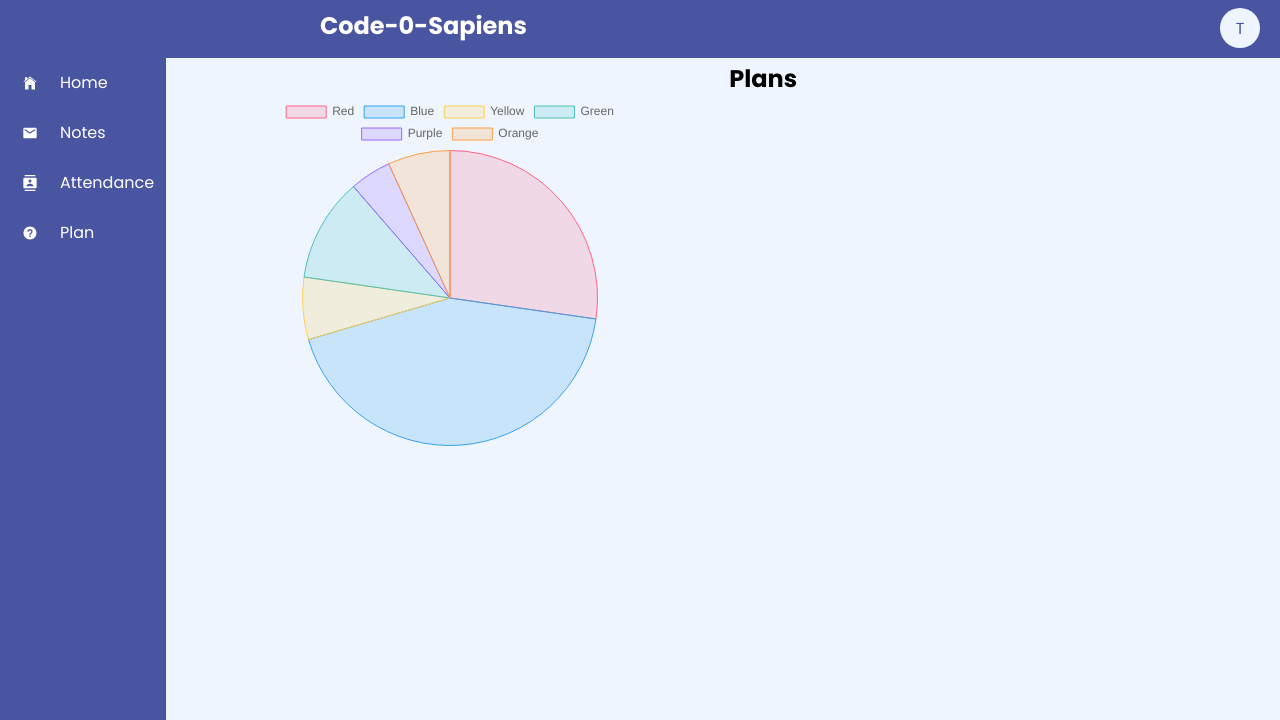
Repository: sinchana-P/code-0-sapiens
Page: /plans (app in client/)
The author's editor kept a copy of each file at every save. The page is drawn from the files as they stood at one save, then again after a run of saves.
The browser window is 1280 px wide. The pictures show the whole page.
The project was rebuilt for these pictures with package versions that can differ from the ones it lists, and the page was loaded fresh each time. Also part of the build but not shown: client/src/components/auth/login/FormLayoutLogin.jsx, client/src/components/auth/login/Login.jsx, client/src/components/auth/register/FormLayoutRegister.jsx, client/src/components/auth/register/Register.jsx, client/src/components/homeScene/Home.jsx, client/src/components/notes/Notes.jsx, client/src/components/attendance/Attendance.jsx, client/src/components/profile/Profile.jsx and 5 more.

Above is the page before, as saved 2024-03-01 07:34:51.

### client/public/index.html
<!DOCTYPE html>
<html lang="en">
  <head>
    <meta charset="utf-8" />
    <link rel="icon" href="%PUBLIC_URL%/favicon.ico" />
    <meta name="viewport" content="width=device-width, initial-scale=1" />
    <meta name="theme-color" content="#000000" />
    <meta
      name="description"
      content="Web site created using create-react-app"
    />
    <link rel="apple-touch-icon" href="%PUBLIC_URL%/logo192.png" />
    <!--
      manifest.json provides metadata used when your web app is installed on a
      user's mobile device or desktop. See https://developers.google.com/web/fundamentals/web-app-manifest/
    -->
    <link rel="manifest" href="%PUBLIC_URL%/manifest.json" />
    <!--
      Notice the use of %PUBLIC_URL% in the tags above.
      It will be replaced with the URL of the `public` folder during the build.
      Only files inside the `public` folder can be referenced from the HTML.

      Unlike "/favicon.ico" or "favicon.ico", "%PUBLIC_URL%/favicon.ico" will
      work correctly both with client-side routing and a non-root public URL.
      Learn how to configure a non-root public URL by running `npm run build`.
    -->
    <link rel="preconnect" href="https://fonts.googleapis.com">
<link rel="preconnect" href="https://fonts.gstatic.com" crossorigin>
<link href="https://fonts.googleapis.com/css2?family=Poppins:ital,wght@0,100;0,200;0,300;0,400;0,500;0,600;0,700;0,800;0,900;1,100;1,200;1,300;1,400;1,500;1,600;1,700;1,800;1,900&display=swap" rel="stylesheet">
    <title>Code-0-Sapiens</title>
  </head>
  <body>
    <noscript>You need to enable JavaScript to run this app.</noscript>
    <div id="root"></div>
    <!--
      This HTML file is a template.
      If you open it directly in the browser, you will see an empty page.

      You can add webfonts, meta tags, or analytics to this file.
      The build step will place the bundled scripts into the <body> tag.

      To begin the development, run `npm start` or `yarn start`.
      To create a production bundle, use `npm run build` or `yarn build`.
    -->
  </body>
</html>

### client/src/index.js
import React from 'react';
import ReactDOM from 'react-dom/client';
import './index.css';
import App from './App';
import reportWebVitals from './reportWebVitals';
import { BrowserRouter } from 'react-router-dom'
import { apiSlice } from './api/apiSlice';
import {ApiProvider} from '@reduxjs/toolkit/query/react'

const root = ReactDOM.createRoot(document.getElementById('root'));
root.render(
  <BrowserRouter>
    <React.StrictMode>
      <ApiProvider api={apiSlice}>
        <App />
      </ApiProvider>
    </React.StrictMode>
  </BrowserRouter>,
);

// If you want to start measuring performance in your app, pass a function
// to log results (for example: reportWebVitals(console.log))
// or send to an analytics endpoint. Learn more: https://bit.ly/CRA-vitals
reportWebVitals();

### client/src/App.jsx

import './App.css';
import { useState } from 'react';
import { Routes, Route } from 'react-router-dom'
import Login from './components/auth/login/Login'
import Register from './components/auth/register/Register';
import Topbar from './components/global/topbar/Topbar';
import Sidebar from './components/global/sidebar/Sidebar';
import Home from './components/homeScene/Home';
import Notes from './components/notes/Notes';
import Plans from './components/plans/Plans';
import Attendance from './components/attendance/Attendance';
import Profile from './components/profile/Profile';
import StudentSidebar from './components/global/sidebar/StudentSidebar';
import StdHome from './components/stdHome/StdHome';
import StdAttendance from './components/stdAttendance/StdAttendance'
import StdNotes from './components/stdNotes/StdNotes';
import StdDoubts from './components/stdDoubts/StdDoubts';

function App() {
  const [userRole, setUserRole] = useState('Teacher')

  return (
    <div className="App">
      <div className='app-container'>

      <Topbar userRole={userRole}/>

        <div className='main-content'>
          <div className='left-content-container'>

          {
            userRole === 'Teacher' ? (<Sidebar /> ) : (<StudentSidebar /> )
          }

          </div>
          <div className='right-content-container'>
            <Routes>
              <Route path='/login' element={ <Login/> } />
              <Route path='/register' element={ <Register/> } />
              <Route path='/home' element={ <Home/> } />
              <Route path='/notes' element={ <Notes/> } />
              <Route path='/attendance' element={ <Attendance/> } />
              <Route path='/plans' element={ <Plans/> } />
              {/* <Route path='/profile' element={ <Profile/> } /> */}
              <Route path='/student' element={ <StdHome/> } />
              <Route path='/student/attendance' element={ <StdAttendance/> } />
              <Route path='/student/attendance' element={ <StdNotes/> } />
              <Route path='/student/attendance' element={ <StdDoubts/> } />
            </Routes>
          </div>
        </div>
      </div>

    </div>
  );
}

export default App;

### client/src/api/apiSlice.js
import {createApi,fetchBaseQuery} from '@reduxjs/toolkit/query/react'


export const apiSlice = createApi({
       reducerPath:"api",
       baseQuery:fetchBaseQuery({baseUrl:""}),
       tagTypes:['auth', 'student'],
       endpoints:(builder)=>({
        register: builder.mutation({
            query: (data) => ({
                url: '/register',
                method: "POST",
                body: data
            }),
            invalidatesTags:['auth']
        }),
        login: builder.mutation({
            query: (data) => ({
                url: '/login',
                method: "POST",
                body: data
            }),
            invalidatesTags:['auth']
        }),
            //   getTodos:builder.query({
            //          query:()=>'/auth',
            //          transformResponse: (res: Todo[]) =>  {
            //                 // Ensure res is an array before sorting
            //                 console.log(res);

            //                 if (Array.isArray(res)) {
            //                     return res.sort((a, b) => b.id - a.id);
            //                 } else {
            //                     return res;
            //                 }
            //             },

            //          providesTags:['todos']
            //   }),
            //   addTodo:builder.mutation({
            //          query:(todo)=>({
            //                 url:'/todos',
            //                 method:"POST",
            //                 body:todo
            //          }),
            //          invalidatesTags:['todos']
            //   }),
            //   updateTodo:builder.mutation({
            //          query:(todo)=>({
            //                 url:/todos/${todo.id},
            //                 method:'PATCH',
            //                 body:todo
            //          }),
            //          invalidatesTags:['todos']
            //   }),
            //   deleteTodo:builder.mutation({
            //          query:(id)=>({

            //                 url:/todos/${id},
            //                 method:'DELETE',
            //                 body:id
            //          }),
            //          invalidatesTags:['todos']
            //   })

       })
})

export const { useRegisterMutation,useLoginMutation } = apiSlice

### client/src/App.css
@import url('https://fonts.googleapis.com/css2?family=Poppins:ital,wght@0,100;0,200;0,300;0,400;0,500;0,600;0,700;0,800;0,900;1,100;1,200;1,300;1,400;1,500;1,600;1,700;1,800;1,900&display=swap');

* {
  font-family: "Poppins", sans-serif;
}

/* --- */
.full-width-container {
  width: 100%;
  display: flex;
  justify-content: center;
  align-items: center;
}
/* --- */

.right-content-container {
  background-color: #EEF5FF;
  display: flex;
  align-items: start;
  justify-content: center;
}

.app-container {
  display: flex;
  flex-direction: column;
}

.main-content {
  display: flex;
  flex-direction: row;
}

.left-content-container {
  width: 13vw;
}

.right-content-container {
  width: 87vw;

}

### client/src/components/global/topbar/Topbar.jsx
import React, {useState} from 'react'
import './Topbar.css'

const Topbar = ({userRole}) => {
  // const [userRole, setUserRole] = useState('Teacher')

  return (
    <div className='topbar-container'>
        <h2 style={{textAlign: 'left'}} className='logo-text'>Code-0-Sapiens</h2>

        <div className='profile-div'>
          {userRole === 'Teacher' ? 'T' : (userRole === 'Student' ? 'S' : '')}
        </div>
    </div>
  )
}

export default Topbar

### client/src/components/global/sidebar/Sidebar.jsx
import './Sidebar.css'
import { SidebarData } from './SidebarData';
import { Link, NavLink } from 'react-router-dom';


const Sidebar=()=> {
  return (
    <div className='sidebar'>
       <ul className='sidebarList'>
        {
        SidebarData.map((value,key)=>{
            return (
              <NavLink to={value.route} key={key} className='row' >
                <div id='icon'>{value.icon}</div>
                <div id='title'>{value.title}</div>
              </NavLink>
            )
        })
        }
       </ul>
    </div>
  )
}

export default Sidebar

### client/src/components/plans/Plans.jsx
import React, {useState} from 'react';
import { Form, Select, Checkbox } from 'antd';
import './Plans.css'
import { Chart as ChartJS, ArcElement, Tooltip, Legend } from 'chart.js';
import { Pie } from 'react-chartjs-2';


const SidebarData = [
  {
    cls_id: '8',
    sub_id: '1',
    mod_id: 'Module 1',
    chp_id: 'Chapter 1',
    completed: true
  },
  {
    cls_id: '8',
    sub_id: '1',
    mod_id: 'Module 1',
    chp_id: 'Chapter 2',
    completed: false
  },
  {
    cls_id: '8',
    sub_id: '1',
    mod_id: 'Module 1',
    chp_id: 'Chapter 3',
    completed: true
  },
  {
    cls_id: '8',
    sub_id: '1',
    mod_id: 'Module 1',
    chp_id: 'Chapter 4',
    completed: false
  },
  {
    cls_id: '8',
    sub_id: '1',
    mod_id: 'Module 1',
    chp_id: 'Chapter 5',
    completed: true
  },
  {
    cls_id: '8',
    sub_id: '1',
    mod_id: 'Module 2',
    chp_id: 'Chapter 1',
    completed: false
  },
  {
    cls_id: '8',
    sub_id: '1',
    mod_id: 'Module 2',
    chp_id: 'Chapter 2',
    completed: true
  },
  {
    cls_id: '8',
    sub_id: '1',
    mod_id: 'Module 2',
    chp_id: 'Chapter 3',
    completed: true
  },
  {
    cls_id: '8',
    sub_id: '1',
    mod_id: 'Module 2',
    chp_id: 'Chapter 4',
    completed: true
  },
  {
    cls_id: '8',
    sub_id: '1',
    mod_id: 'Module 2',
    chp_id: 'Chapter 5',
    completed: true
  }
];

const CheckboxGroup = Checkbox.Group;
ChartJS.register(ArcElement, Tooltip, Legend);

const Plans = () => {

    const [isSubmit, setIsSubmit] = useState(false)

    const data = {
      labels: ['Red', 'Blue', 'Yellow', 'Green', 'Purple', 'Orange'],
      datasets: [
        {
          label: '# of Votes',
          data: [12, 19, 3, 5, 2, 3],
          backgroundColor: [
            'rgba(255, 99, 132, 0.2)',
            'rgba(54, 162, 235, 0.2)',
            'rgba(255, 206, 86, 0.2)',
            'rgba(75, 192, 192, 0.2)',
            'rgba(153, 102, 255, 0.2)',
            'rgba(255, 159, 64, 0.2)',
          ],
          borderColor: [
            'rgba(255, 99, 132, 1)',
            'rgba(54, 162, 235, 1)',
            'rgba(255, 206, 86, 1)',
            'rgba(75, 192, 192, 1)',
            'rgba(153, 102, 255, 1)',
            'rgba(255, 159, 64, 1)',
          ],
          borderWidth: 1,
        },
      ],
    };

  // Grouping chapters by module
  const groupedChapters = SidebarData.reduce((acc, curr) => {
    const { mod_id, chp_id } = curr;
    if (!acc[mod_id]) {
      acc[mod_id] = [];
    }
    acc[mod_id].push(chp_id);
    console.log('acc');
    console.log(acc);
    return acc;
  }, {});

  const handleSubmit = () => {
    setIsSubmit(true)
  }

  return (
    <div className='plans-main'>
      <h2 className='heading'>Plans</h2>

         <div>

         <div style={{width:'350px', height: '350px'}} className='pie-container'>
              <Pie
                data={data}
                width={50}
                height={50}
              />
            </div>
         </div>





    </div>



  );
}

export default Plans;

### client/src/components/auth/login/Login.css
.login-container{
    padding: 1rem 0;
    /* background-color: pink; */
    width: 50vw;

}

h2 {
    text-align: center;
    margin-left: 20rem;
}

### client/src/components/auth/register/Register.css
.register-container{
    padding: 1rem 0;
    /* background-color: pink; */
    width: 50vw;

}

h2 {
    text-align: center;
    margin-left: 20rem;
}

### client/src/components/global/topbar/Topbar.css
.topbar-container {
    background-color: #4A55A2;
    min-width: 95vw;
    height: 4rem;
    display: flex;
    flex-direction: row;
    justify-content: space-between;
}

.profile-div {
    background-color: #EEF5FF;
    color: #4a55a2;
    width: 40px;
    height: 40px;
    border-radius: 50%;
    display: flex;
    justify-content: center;
    align-items: center;
    margin-top: 8px;
    margin-right: 20px;
}

.logo-text {
    color: white;
    /* text-align: center; */
    margin-top: 0.5rem;
}

### client/src/components/global/sidebar/Sidebar.css
*{
    margin: 0;
    padding: 0;
  }
  .App{
    width: 100vw;
    height: 100vh;
    display: flex;
  }

  .sidebar{
    height: 92vh;
    width: 200px;
    background-color: #4A55A2;
  }

  .sidebarList{
    height: auto;
    width: 100%;
    padding: 0;
  }

  .sidebarList .row{
    width: 100%;
    height: 50px;
    list-style-type: none;
    margin: 0;
    display: flex;
    flex-direction: row;
    color: white;
    justify-content: center;
    align-items: center;
    text-decoration: none;
  }

  .sidebarList .row:hover{
    cursor: pointer;
    background-color: #EEF5FF;
    color: black;

  }

  .row #icon{
    flex: 30%;
    display: grid;
    place-items: center;
  }

  .row #title{
    flex: 70%;
  }

  .row .active {
    background-color: #EEF5FF;
    color: black;
  }

### client/src/components/global/sidebar/SidebarData.js
import { IoIosHome,IoMdHelpCircle } from "react-icons/io";
import { MdEmail,MdContacts } from "react-icons/md";
import { FaRegCalendarCheck } from "react-icons/fa";


export const SidebarData=[
       {
              title:"Home",
              icon:<IoIosHome />,
              route:"/"
       },
       {
              title:"Notes",
              icon:<MdEmail />,
              route:"/notes"
       },
       {
              title:"Attendance",
              icon:<MdContacts />,
              route:"/attendance"
       },
       {
              title:"Plan",
              icon:<IoMdHelpCircle />,
              route:"/plans"
       },
       // {
       //        title:"Profile",
       //        icon:<FaRegCalendarCheck />,
       //        route:"/profile"
       // },
]

### client/src/components/notes/Notes.css
.notes-main {
    width: 87vw;
}

.heading {
    margin-left: 28rem;
}

.notes-container{
    margin: 1rem 18rem;
}

.notes-form-container {
    padding: 1rem 0;
}

.notes-upload-main {
    display: flex;
    flex-direction: row;
}


.notes-upload-container {
    display: flex;
    flex-direction: column;
}

.notes-pdf, .notes-link {
    display: flex;
    flex-direction: row;
    padding: 0.5rem 0;
}

.notes-upload-container {
    padding: 0rem 1rem;
}

p{
    font-weight: bold;
}

### client/src/components/plans/Plans.css
.plans-main{
    width: 70vw;
    padding: 0.2rem 5rem;
    /* max-height: 90vh; */

}

.module-chapters-checkbox {
    display: flex;
    flex-direction: column;
    justify-content: start;
}

.heading {
    margin-left: 5rem;
}

.plans-checkbox-chart-container {
    display: flex;
    flex-direction: row;
    justify-content: space-evenly;

}

### client/src/components/global/sidebar/StudentSidebarData.js
import { IoIosHome,IoMdHelpCircle } from "react-icons/io";
import { MdEmail,MdContacts } from "react-icons/md";
import { FaRegCalendarCheck } from "react-icons/fa";


export const StudentSidebarData=[
       {
              title:"Home",
              icon:<IoIosHome />,
              route:"/student"
       },
       {
              title:"Attendance",
              icon:<MdEmail />,
              route:"/student/attendance"
       },
       {
              title:"Notes",
              icon:<MdContacts />,
              route:"/student/notes"
       },
       {
              title:"Doubts",
              icon:<IoMdHelpCircle />,
              route:"/student/doubts"
       },
       // {
       //        title:"Profile",
       //        icon:<FaRegCalendarCheck />,
       //        route:"/profile"
       // },
]

### client/src/components/attendance/Attendance.css
.attendance-main {
    /* background-color: pink; */
    width: 80vw;
}

.attendance-class {
    /* background-color: pink; */
}

.attendance-class-inputs-container {
    display: flex;
    flex-direction: row;
    min-width: 80vw;
}

.attendance-class-each {
    width: 15rem;
    margin: 2rem;
}

button {
    background-color: #4a55a2;
    color: #EEF5FF;
    border: none;
    padding: 0.5rem 1rem;
    margin: 0.5rem 0;
}

button:hover {
    background-color: #b9cae3;
    color: #4a55a2;
    cursor: pointer;
}

### client/src/components/stdAttendance/StdAttendance.css
.attendance-main {
    /* background-color: pink; */
    width: 87vw;
    padding: 1rem 20rem;
}

.attendance-class {
    /* background-color: pink; */
}

.attendance-class-inputs-container {
    display: flex;
    flex-direction: row;
    min-width: 80vw;
}

.attendance-class-each {
    width: 15rem;
    margin: 2rem;
}

button {
    background-color: #4a55a2;
    color: #EEF5FF;
    border: none;
    padding: 0.5rem 1rem;
    margin: 0.5rem 0;
}

button:hover {
    background-color: #b9cae3;
    color: #4a55a2;
    cursor: pointer;
}

.header {
    margin: 1rem 5rem;
}

Loaded but not shown: client/src/index.css (common file); client/src/reportWebVitals.js (common file)

After the next 2 saves:
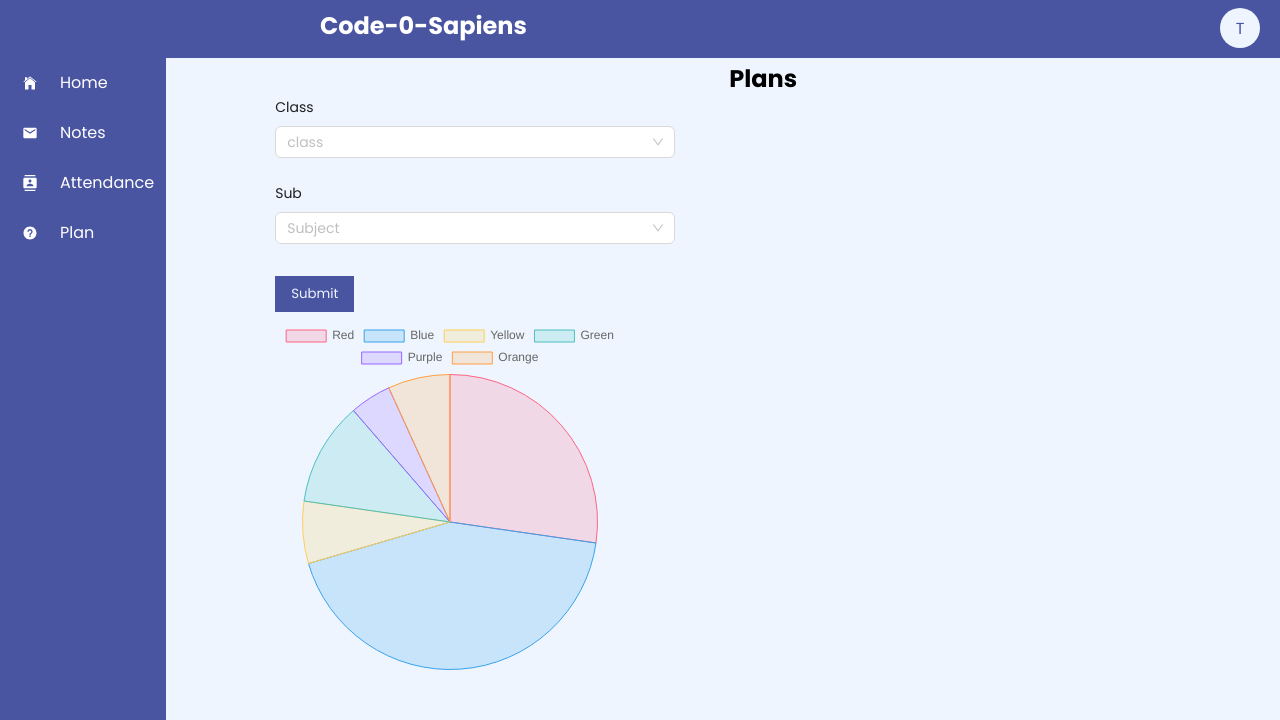
The 2 saves are shown as one change because they came seconds apart.
The last was saved 5 s later.
--- a/client/src/components/plans/Plans.jsx
+++ b/client/src/components/plans/Plans.jsx
@@ -133,6 +133,57 @@ const Plans = () => {
       <h2 className='heading'>Plans</h2>
 
          <div>
+         <div>
+            <Form
+            layout="vertical"
+            name="basic"
+            labelCol={{ span: 8 }}
+            wrapperCol={{ span: 16 }}
+            style={{ maxWidth: 600 }}
+            initialValues={{ remember: true }}
+            autoComplete="off"
+        >
+            <Form.Item label="Class" rules={[{ required: true, message: 'Please select class!' }]}>
+            <Select placeholder="class">
+                <Select.Option value="class8">Class 8</Select.Option>
+                <Select.Option value="class9">Class 9</Select.Option>
+                <Select.Option value="class10">Class 10</Select.Option>
+            </Select>
+            </Form.Item>
+            <Form.Item label="Sub" rules={[{ required: true, message: 'Please select class!' }]}>
+            <Select placeholder="Subject">
+                <Select.Option value="maths">Maths</Select.Option>
+                <Select.Option value="science">Science</Select.Option>
+                <Select.Option value="social">Social</Select.Option>
+            </Select>
+            </Form.Item>
+        </Form>
+
+        <button onClick={handleSubmit}>Submit</button>
+
+            <div>
+                {isSubmit && (
+                    <>
+                    {Object.keys(groupedChapters).map((module, index) => (
+
+                      <div key={index} className='module-chapters-checkbox'>
+                      <h3>{module}</h3>
+                      <CheckboxGroup>
+                          {groupedChapters[module].map((chapter, i) => (
+                          <Checkbox checked key={i} value={chapter} style={{width: '1200px'}} >
+                              {chapter}
+                          </Checkbox>
+                          ))}
+                      </CheckboxGroup>
+
+                      </div>
+
+                  ))}
+                  <button>Update Plan</button>
+                    </>
+                )}
+            </div>
+            </div>
 
          <div style={{width:'350px', height: '350px'}} className='pie-container'>
               <Pie
